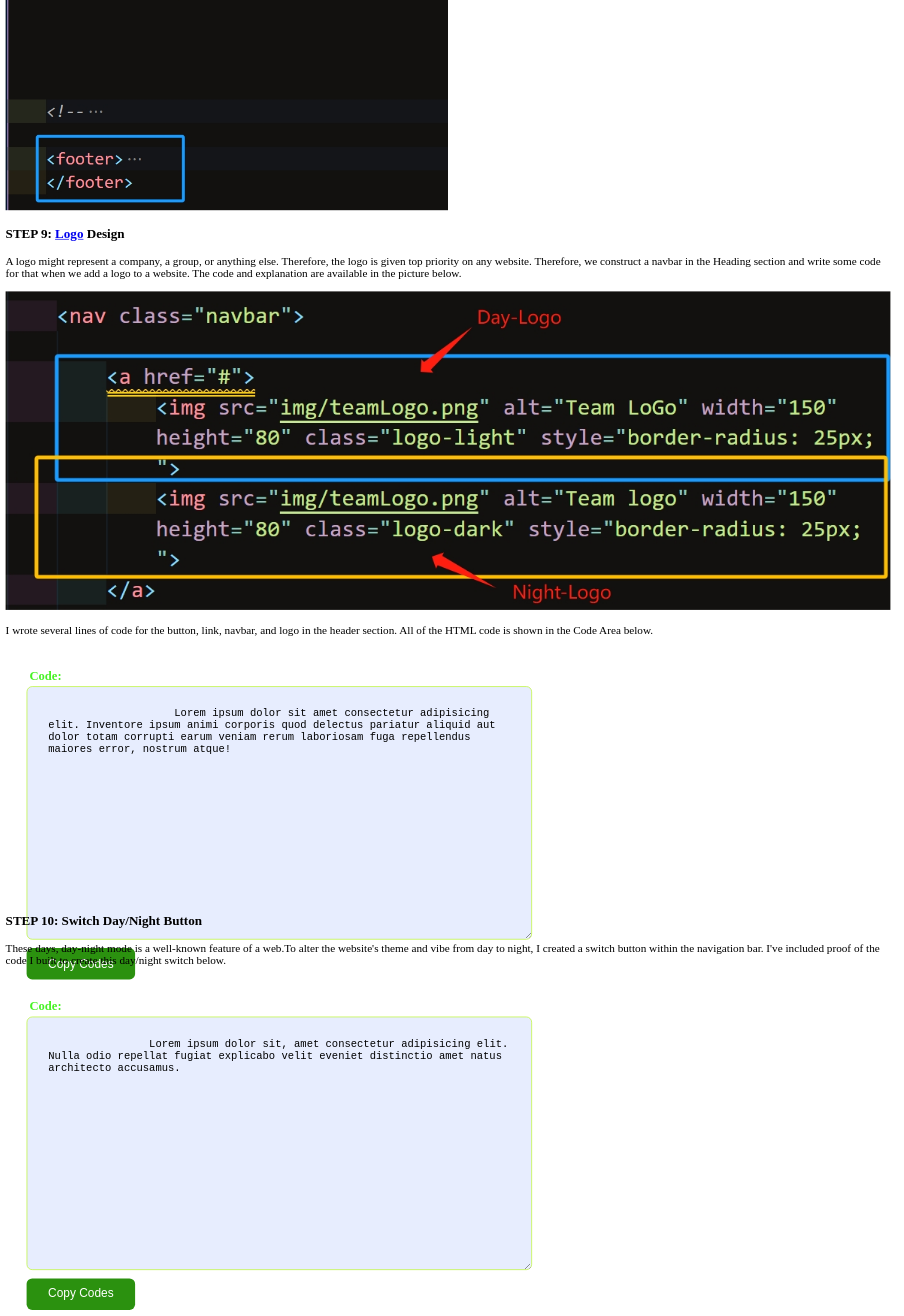
Repository: NexMaker-Fab/2023zjudem-INNOGENIUSES
Page: build web/page.html
These files come from the project's save history. The page is drawn as it stood at one moment and after the next save; the edit follows.
The browser window is 1280 px wide. The page is 1292 px wide, then 1280 px, so the pictures cover 1292 px, including what lies to the right of the window. The pictures show the part of the page from y = 2765 to 4645 px (the page is 4645 px tall before and 4564 px after), at 70% of full size.

Above is the page before, as saved 2023-11-27 20:13:42.

### build web/page.html
<!DOCTYPE html>
<html lang="en">

<head>
    <meta charset="UTF-8">
    <meta name="viewport" content="width=device-width, initial-scale=1.0">
    <title>How to Build Website</title>
    <link rel="stylesheet" href="page.css">
</head>

<body>
    <h3>STEP 4: Live Server Extension</h3>
    <p>Go to visual studio extention secsion, search live server and click install it. This extesion help to observe new change on your webpage when you change something in your code. You can see the exension installation image below:
    </p>
    <img src="img/Live Server.png" alt="description photo" style="width:100%; height: fit-content;">

    <h2 style="font-weight: bolder;">How to write the website document</h2>

    <h3>STEP 5: Make folder and file for writing code to build a website</h3>
    <p>Open VS Code and open clone repository folder. Create a html file, a css file & a JS file. Create a folder for image resources. After that go to the html file which is named index.html and write some basic html documents. You can see all the step
        in snapshot below:
    </p>
    <img src="img/bw1.png" alt="description photo" style="width:100%; height: fit-content;">
    <p>
        Here, I've included links to my external CSS file, a few fonts link, and bootstrap. That will assist me in designing and improving the appearance of my webpage.
    </p>

    <h3>STEP 6: Store Resources in img folder</h3>
    <p>To build a website we need some basic resources, such as logo, favicon, bg-picture, banner, etc. I have to gather all the resources in that folder as You can see all the step in snapshot below:
    </p>
    <img src="img/bw2.png" alt="description photo" style="width:50%; height: 100%;">

    <h3>STEP 7: Title and Title logo</h3>
    <p>An HTML document consists of two primary sections. Head and Body. The title of my website, some meta data, and the title logo—also referred to as a favicon by programmers—can all be written in the Head section. I demonstrate how to write a title and
        put a title logo underneath this image.
    </p>
    <img src="img/bw3.png" alt="description photo" style="width:100%; height: fit-content;">
    <p>
        favicon is a format that can help us put logo in title bar as you can see in the photo. Below of this page you can get how to make a <a href="#logoCreate">Logo</a> free.
    </p>
    <img src="img/title logo.png" alt="description photo" style="width:100%; height: 100%;">
    <h3>STEP 8: Divided and write document for webpage</h3>
    <p>In a Body of the HTML document consists of three primary sections. Header-Main-Footer. I wrote 3 tag and make workspaces for build my webpage step by step. I demonstrate about this tag underneath this image.
    </p>
    <img src="img/bw4.png" alt="description photo" style="width:50%; height:fit-content;">
    <h3>STEP 9: <a href="#BuildLogo">Logo</a> Design</h3>
    <p>A logo might represent a company, a group, or anything else. Therefore, the logo is given top priority on any website. Therefore, we construct a navbar in the Heading section and write some code for that when we add a logo to a website. The code and
        explanation are available in the picture below.
    </p>
    <img src="img/bw5.png" alt="description photo" style="width:100%; height:fit-content;">
    <p>I wrote several lines of code for the button, link, navbar, and logo in the header section. All of the HTML code is shown in the Code Area below.</p>
    <div class="code-boxes">
        <div class="code-box codeBox">
            <div class="topic">Code:</div>
            <textarea id="codeBox" readonly>
                    Lorem ipsum dolor sit amet consectetur adipisicing elit. Inventore ipsum animi corporis quod delectus pariatur aliquid aut dolor totam corrupti earum veniam rerum laboriosam fuga repellendus maiores error, nostrum atque!
            </textarea>
            <button id="codeButton">Copy Codes</button>
        </div>
    </div>
    <h3>STEP 10: Switch Day/Night Button</h3>
    <p>These days, day-night mode is a well-known feature of a web.To alter the website's theme and vibe from day to night, I created a switch button within the navigation bar. I've included proof of the code I built to create this day/night switch below.
    </p>
    <div class="code-boxes">
        <div class="code-box codeBox">
            <div class="topic">Code:</div>
            <textarea id="codeBox" readonly>
                Lorem ipsum dolor sit, amet consectetur adipisicing elit. Nulla odio repellat fugiat explicabo velit eveniet distinctio amet natus architecto accusamus.
            </textarea>
            <button id="codeButton">Copy Codes</button>
        </div>
    </div>
</body>

</html>

### build web/page.css
.code-boxes {
    height: 100%;
    width: 100%;
    align-items: center;
    padding: 10px 10px;
}

.code-boxes .code-box {
    height: 300px;
    max-width: 660px;
    width: 100%;
    margin: 20px 20px;
}

.code-boxes .code-box .topic {
    font-size: 18px;
    font-weight: 600;
    color: rgb(72, 242, 38);
    margin: 4px;
}

.code-boxes .code-box textarea {
    height: 100%;
    width: 100%;
    padding: 30px;
    font-size: 15px;
    font-weight: 400;
    outline: none;
    border: 1px solid #bcf732;
    border-radius: 8px;
    background: #e7edfe;
}

.code-box textarea::-webkit-scrollbar {
    display: none;
}

.code-boxes .code-box button {
    height: 45px;
    width: 155px;
    color: #fff;
    background: #2b910f;
    outline: none;
    border: none;
    border-radius: 8px;
    font-size: 17px;
    font-weight: 400;
    margin: 8px 0;
    cursor: pointer;
    transition: all 0.4s ease;
}

.code-boxes .code-box button:hover {
    background: #8a0606;
}

@media (max-width: 400px) {
    .code-boxes .code-box button {
        width: 100%;
    }
}

After the next save:
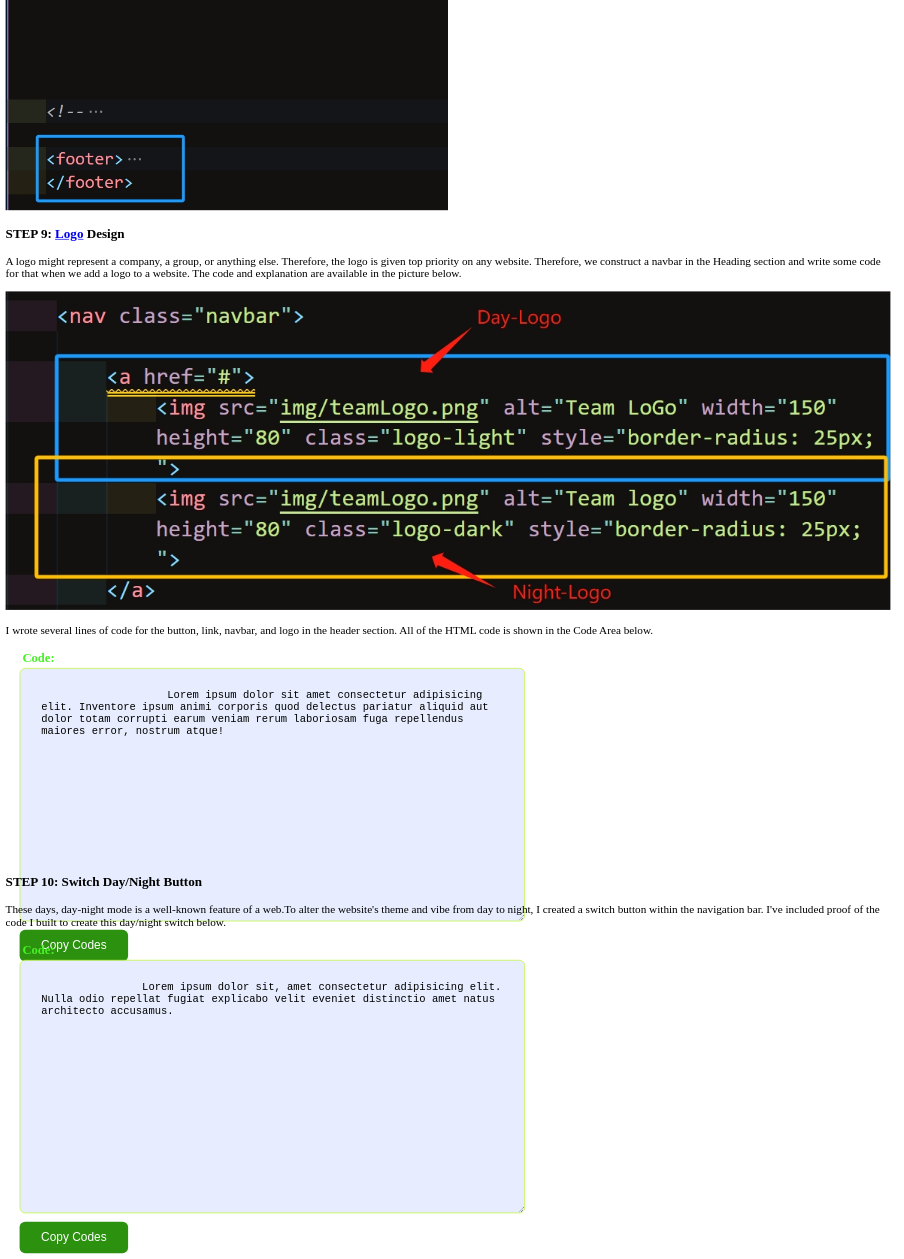
Saved 11 s later.
--- a/build web/page.css
+++ b/build web/page.css
@@ -1,8 +1,6 @@
 .code-boxes {
     height: 100%;
     width: 100%;
-    align-items: center;
-    padding: 10px 10px;
 }
 
 .code-boxes .code-box {
